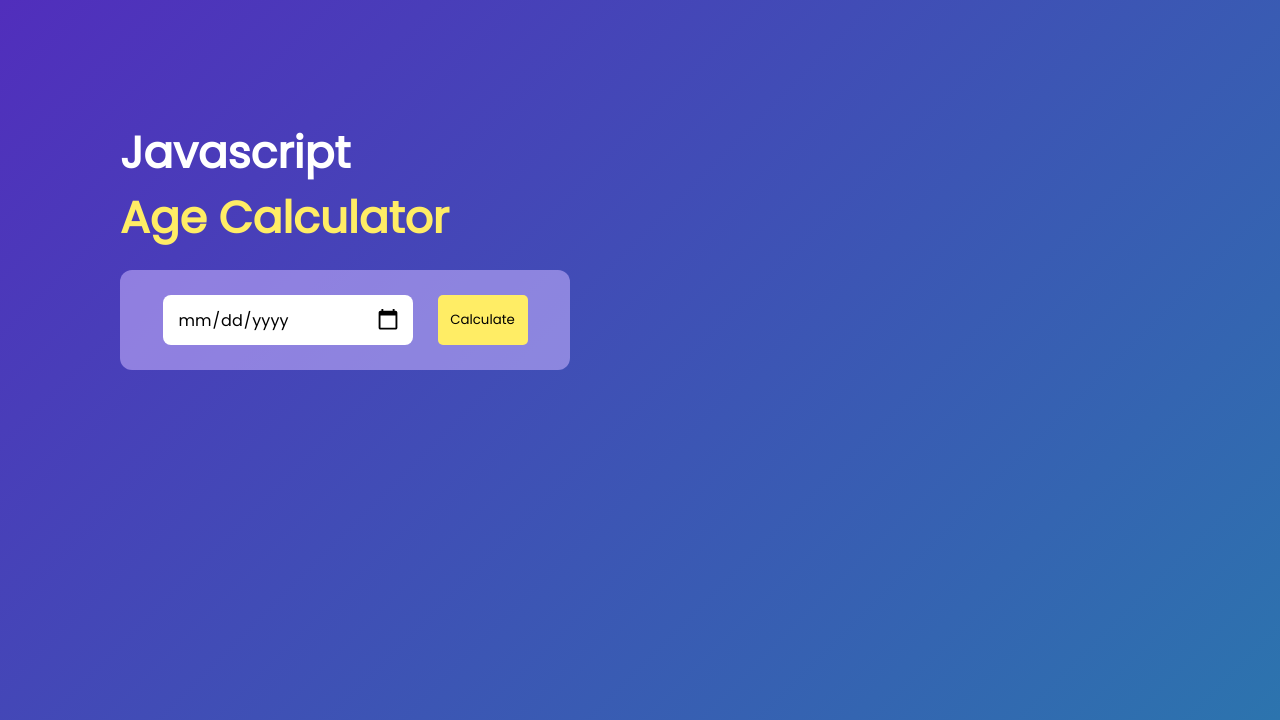
Repository: Ankitkr2021/Age-Calculator
Page: index.html
The author's editor kept a copy of each file at every save. The page is drawn from the files as they stood at one save, then again after the next save.
The browser window is 1280 px wide. The pictures show the whole page.
The pointer rests on the first visible `button`.

Above is the page before, as saved 2025-10-05 10:50:06.

After the next save:
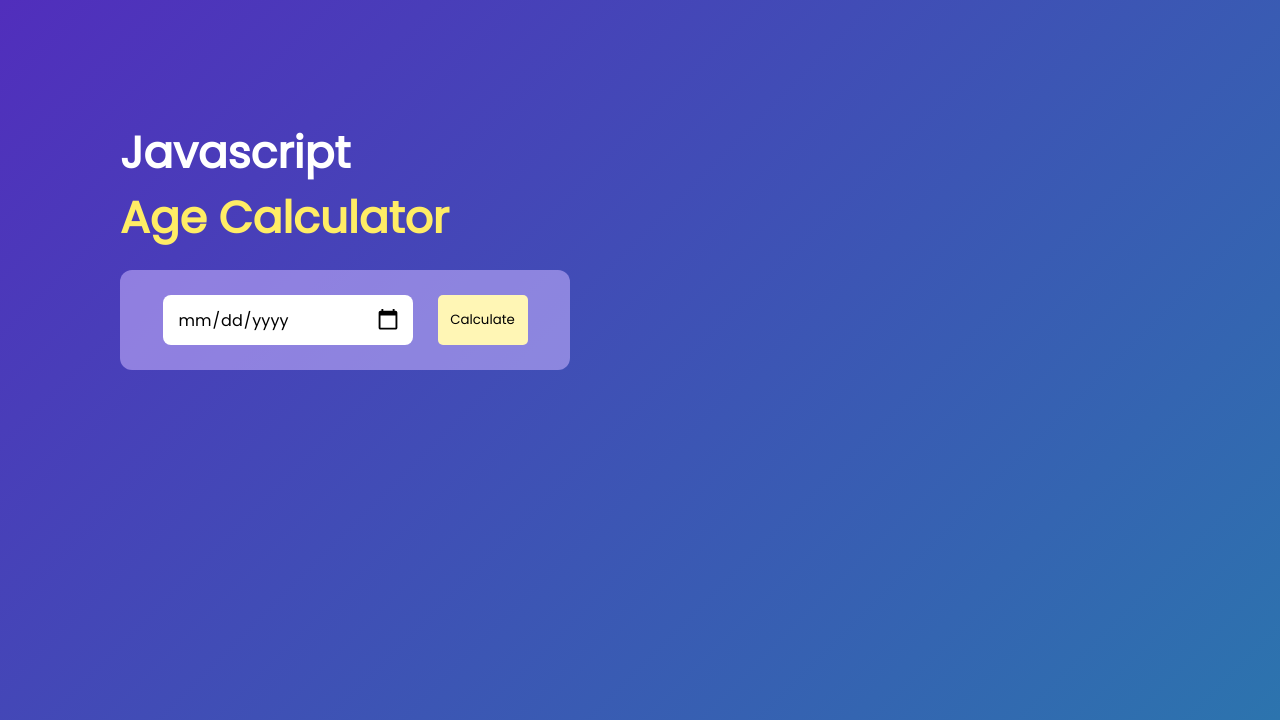
Saved 14 s later.
--- a/style.css
+++ b/style.css
@@ -98,7 +98,7 @@
 }
 
 button:hover {
-    background-color: #ffed65;
+    background-color: #fff6b5;
 }
 
 button:active {
